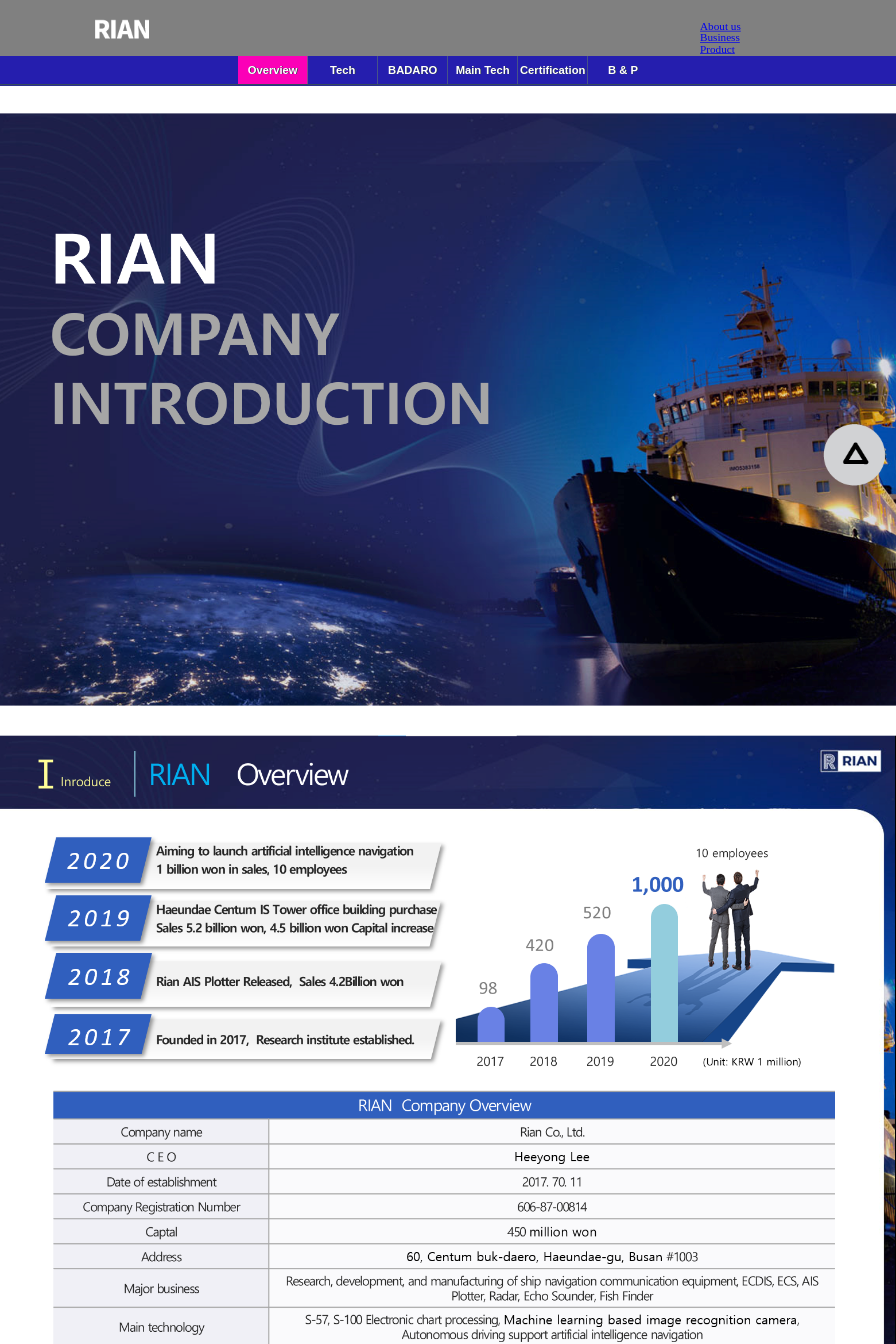
Repository: injeong-in/CompanyWeb
Page: http://localhost/RianWebSite/
The author's editor kept a copy of each file at every save. The page is drawn from the files as they stood at one save, then again after the next save.
The browser window is 1280 px wide. The pictures show the part of the page from y = 0 to 1920 px (the page is 12163 px tall), at 70% of full size.
The pointer rests on the first visible `nav a`.
The page is served by Tomcat 9. Nobody is signed in. The application's start-up code is not run.

Above is the page before, as saved 2020-12-01 05:57:16.

After the next save:
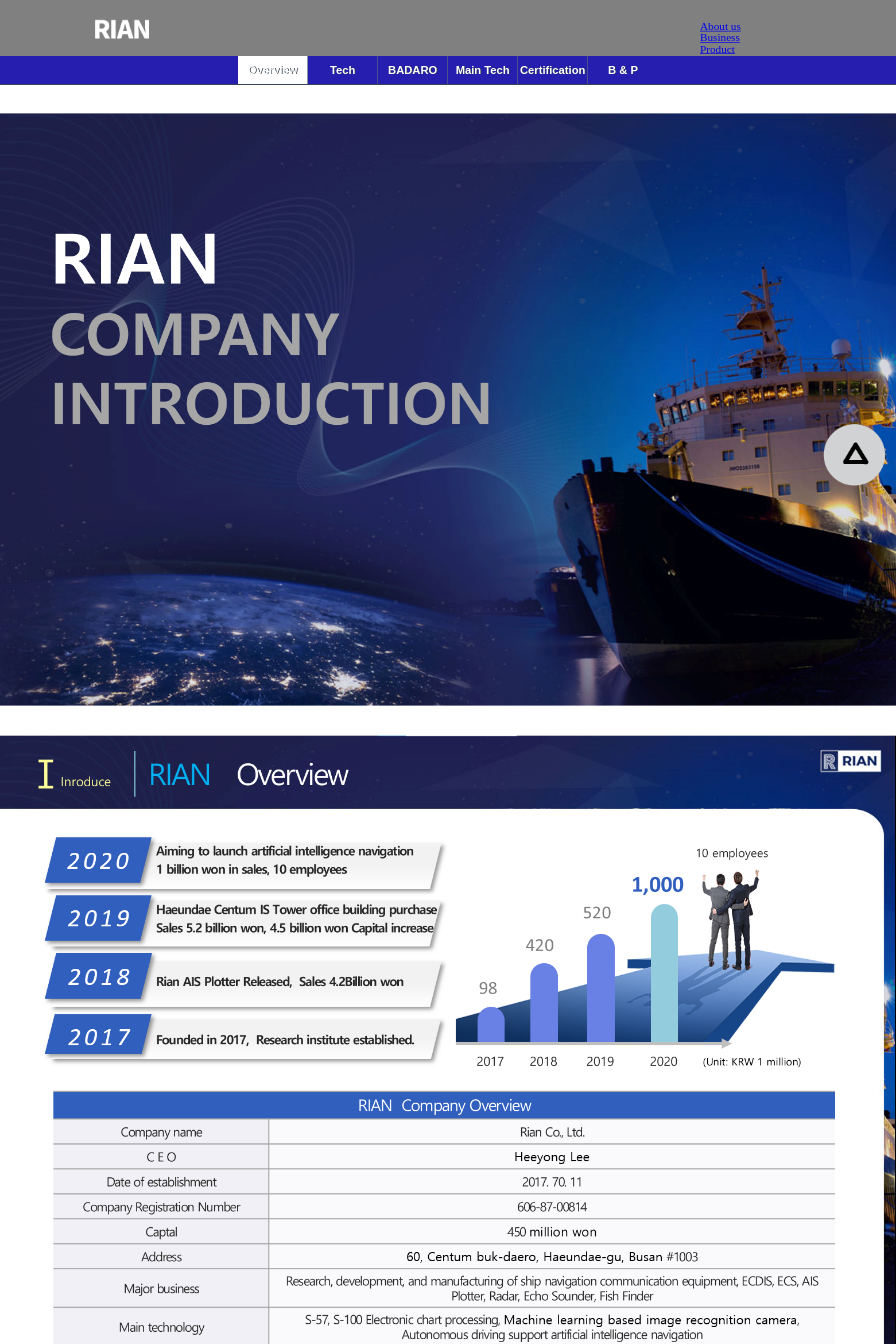
Saved 82 s later.
--- a/RianWebSite/WebContent/css/style.css
+++ b/RianWebSite/WebContent/css/style.css
@@ -111,7 +111,7 @@ nav li:last-child a {
 }
 
 nav a:hover, nav a:active {
-    background-color: #fb00b7;
+    background-color: rgb(255, 255, 255);
 }
 
 nav a#trigger {
